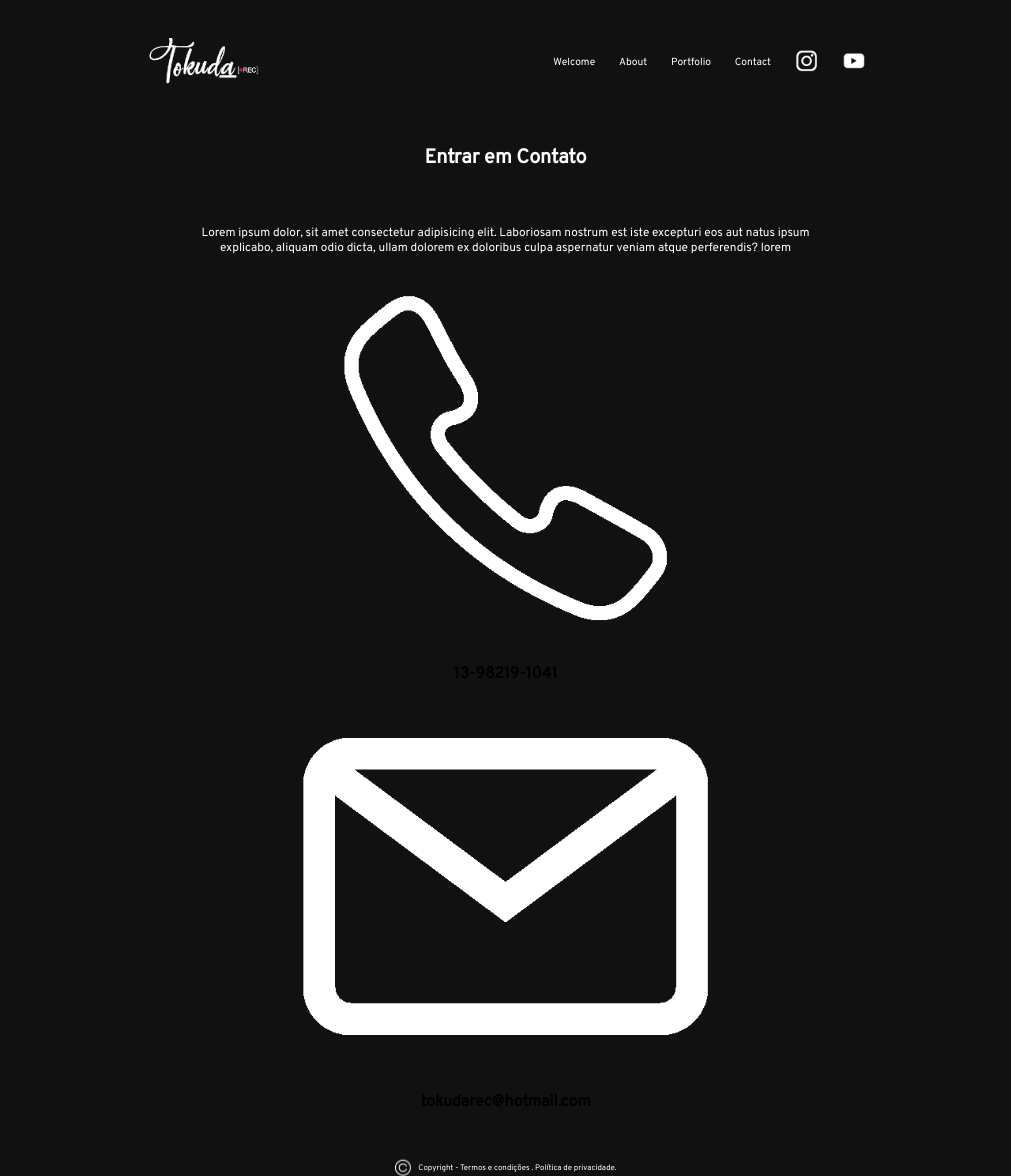
Repository: Lucasbeze/Project-FilmMaker
Page: projeto-alex/pages/contact.html
These files come from the project's save history. The page is drawn as it stood at one moment and after a run of saves; the edit follows.
The browser window is 1280 px wide. The pictures show the whole page, at 79% of full size.

Above is the page before, as saved 2022-08-26 16:41:37.

After the next 3 saves:
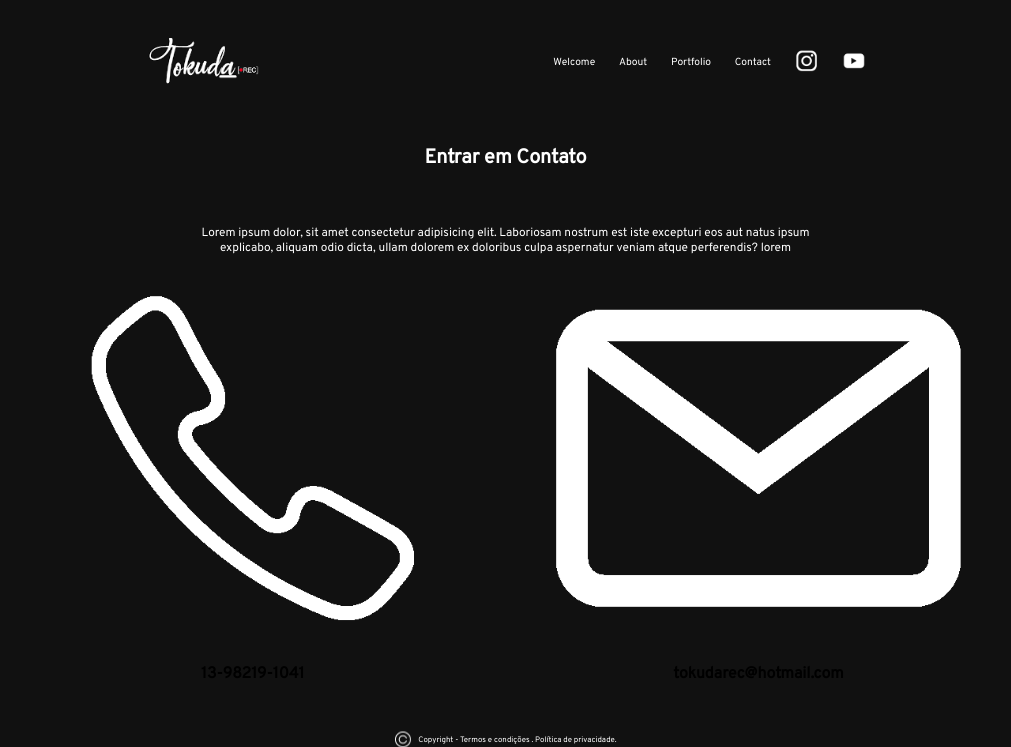
The 3 saves are shown as one change because they came seconds apart.
The last was saved 12 s later.
--- a/projeto-alex/css/contact.css
+++ b/projeto-alex/css/contact.css
@@ -57,6 +57,11 @@ main {
   color: var(--text-color);
   font-size: 1.5rem;
 }
+.tel-mail {
+  display: flex;
+  justify-content: space-around;
+  align-items: center;
+}
 
 footer{
   margin-top: 6rem;
